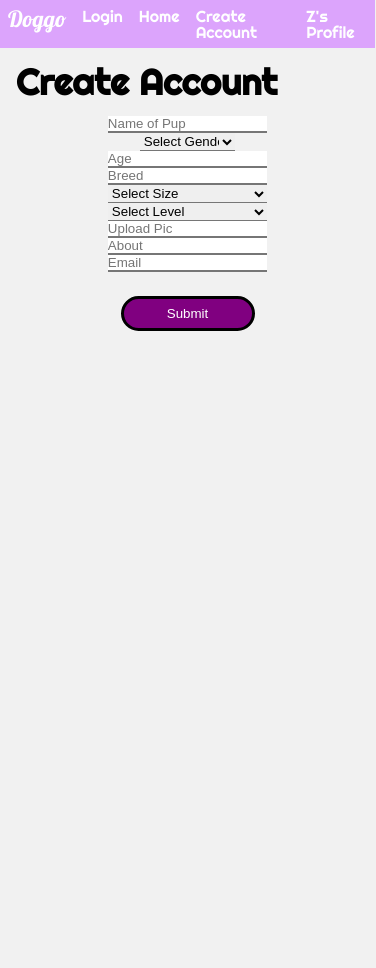
Repository: rh1456/capstone
Page: /2
An editor plug-in stored every save of this project. The page is shown before and after the next save, followed by the edit.
The browser window is 375 px wide. The page is 376 px wide, so the pictures cover 376 px, including what lies to the right of the window. The pictures show the whole page.
Some web libraries are served in a nearby version. The project was rebuilt for these pictures with package versions that can differ from the ones it lists, and the page was loaded fresh each time. Also part of the build but not shown: src/pages/MainPage.jsx, src/pages/DoggoLandingPage.jsx, src/pages/DogProfile.jsx, src/pages/PlayDateForm.jsx, src/pages/ProfileSettings.jsx.

Above is the page before, as saved 2020-01-11 23:06:45.

### public/index.html
<!DOCTYPE html>
<html lang="en">
  <head>
    <meta charset="utf-8" />
    <link rel="shortcut icon" href="%PUBLIC_URL%/favicon.ico" />
    <meta
      name="viewport"
      content="width=device-width, initial-scale=1, shrink-to-fit=no"
    />
    <meta name="theme-color" content="#000000" />
    <!--
      manifest.json provides metadata used when your web app is added to the
      homescreen on Android. See https://developers.google.com/web/fundamentals/web-app-manifest/
    -->
    <link rel="manifest" href="%PUBLIC_URL%/manifest.json" />
    <!--
      Notice the use of %PUBLIC_URL% in the tags above.
      It will be replaced with the URL of the `public` folder during the build.
      Only files inside the `public` folder can be referenced from the HTML.

      Unlike "/favicon.ico" or "favicon.ico", "%PUBLIC_URL%/favicon.ico" will
      work correctly both with client-side routing and a non-root public URL.
      Learn how to configure a non-root public URL by running `npm run build`.
    -->
    <link
      href="https://fonts.googleapis.com/css?family=Pacifico|Permanent+Marker|Righteous|Roboto&display=swap"
      rel="stylesheet"
    />
    <link
      href="https://fonts.googleapis.com/css?family=Lobster&display=swap"
      rel="stylesheet"
    />
    <script
      src="https://kit.fontawesome.com/d7373701d1.js"
      crossorigin="anonymous"
    ></script>
    <title>Capstone</title>
  </head>
  <body>
    <noscript>
      You need to enable JavaScript to run this app.
    </noscript>
    <div id="root"></div>
    <!--
      This HTML file is a template.
      If you open it directly in the browser, you will see an empty page.

      You can add webfonts, meta tags, or analytics to this file.
      The build step will place the bundled scripts into the <body> tag.

      To begin the development, run `npm start` or `yarn start`.
      To create a production bundle, use `npm run build` or `yarn build`.
    -->
  </body>
</html>

### src/index.js
import React from 'react'
import ReactDOM from 'react-dom'
import './index.css'
// import './styles.scss'
import App from './App'

ReactDOM.render(<App />, document.getElementById('root'))

### src/index.css
@media (min-width: 320px) and (max-width: 480px) {
  :root {
    font: 16px / 1 sans-serif;
  }

  html {
    height: 100%;
  }
  body {
    margin: 0;
    min-height: 100%;
    background-color: #f1f1f1;
    font-family: 'Righteous', cursive;
  }
  .nav-bar-ul {
    display: flex;
    flex-direction: row;
    justify-content: space-between;
    margin: 0;
    height: 3rem;
    background-color: #dca4fc;
    padding: 0;
  }
  .main-nav-li {
    list-style: none;
    padding: 0.5rem;
    color: white;
  }
  .nav-logo {
    font-size: 1.4rem;
    font-family: 'Lobster', cursive;
  }
  .Nav-link {
    color: white;
    text-decoration: none;
  }
  /* Dog profile Stylings */
  .dog-profile-image {
    display: flex;
    justify-content: center;
    /* border-bottom: solid lightgrey; */
  }
  .before-div {
    border: solid black;
    display: block;
    height: 18px;
    border-radius: 50% 50% 0 0;

    bottom: calc(100% - 10px);
    right: -5px;
    left: -5px;
    background-color: blue;
  }
  .profile-image {
    height: 12rem;
    width: 8rem;
    margin: 0;
    border-radius: 8px;
    margin: 0.7rem;
  }
  .profile-about {
    display: flex;
    flex-direction: column;
    height: 5rem;
    font-size: 0.7rem;
  }
  .profile-about h1 {
    align-self: center;
  }
  .profile-about span {
    align-self: center;
    padding: 0.1rem;
  }
  .in-between {
    border-top: solid lightgrey;
    border-bottom: solid lightgrey;
    height: 3rem;
    display: flex;
    justify-content: center;
  }
  .main-about {
    border-bottom: solid lightgrey;
  }
  .profile-logo {
    margin: 0.5rem;
    height: 2rem;
    width: auto;
  }
  .meet {
    display: flex;
    flex-direction: column;
  }
  .meet h1 {
    align-self: center;
  }
  .meet p {
    padding: 1rem;
    font-size: 0.9rem;
    align-self: center;
  }
  .small-pro-pic {
    align-self: center;
    height: 4rem;
    width: auto;
    border: 2px solid black;
    border-radius: 50%;
    margin-top: 0.8rem;
  }
  .match-button {
    align-self: center;
    background-color: purple;
    height: 1.8rem;
    width: 8rem;
    border-radius: 25px;
    border: 3px solid black;
    color: white;
  }
  .playdate-link {
    color: white;
    text-decoration: none;
  }

  /* Dog Landing Stylings */
  .doggo-landing-body {
    margin: 0;
    min-height: 100%;
    background-color: #f1f1f1;
    font-family: 'Righteous', cursive;
  }
  .landing-page-logo {
    display: flex;
    justify-content: center;
    align-content: center;
    flex-direction: column;
  }
  .doggo-logo {
    height: 180px;
    width: 238px;
    align-self: center;
  }
  .doggo-text-section {
    padding-top: 2rem;
    padding-bottom: 2rem;
  }
  .doggo-text {
    display: flex;
    justify-content: center;
    align-content: center;
    font-size: 2rem;
    font-family: 'Lobster', cursive;
  }

  .landing-button {
    display: flex;
    justify-content: center;
    align-content: center;
  }
  .create-account {
    background-color: purple;
    height: 3rem;
    width: 15rem;
    border-radius: 25px;
    border: 3px solid black;
    color: white;
    font-family: 'Roboto', sans-serif;
  }
  .create-account-link {
    color: white;
    text-decoration: none;
    font-style: bold;
  }
  .existing-users {
    display: flex;
    padding-top: 3rem;
    justify-content: center;
    align-content: center;
  }
  /* Create Account Stylings */

  /* Newsfeed Stylings */
  .h1-container {
    display: flex;
    justify-content: center;
    font-size: 0.8rem;
    color: purple;
    height: 1rem;
    font-family: 'Lobster', cursive;
  }
  .newsfeed-header {
    display: flex;
    flex-direction: row;
    flex-wrap: nowrap;
    align-items: stretch;
    overflow-x: auto;
    overflow-y: hidden;
    border-bottom: solid lightgrey;
    height: 8rem;
  }
  .friend-card {
    border: solid black;
    align-self: center;
    margin: 1rem 3rem;
    padding-left: 0.8rem;
    padding-right: 0.8rem;
    border-radius: 0.5rem;
    flex-basis: 33.33%;
    flex-grow: 0;
    flex-shrink: 0;
    height: 4.7rem;
    /* width: 1rem; */
  }

  .welcome-user-message {
    display: flex;
    justify-content: center;
    font-size: 0.7rem;
    border-bottom: solid lightgrey;
  }
  .newsfeed-parent {
    display: flex;
    /* align-items: center; */
    flex-direction: column;
    margin: 1rem;
  }
  .newsfeed {
    /* align-items: stretch; */
    /* display: flex;
    flex-direction: column;
    flex-wrap: nowrap; */
    /* display: flex;
    justify-content: center; */
    width: 300px;
    height: 500px;
    overflow-y: scroll;
    overflow-x: hidden;
  }
  .card {
    max-width: 33.33%;
    padding: 0.75rem;
    margin-bottom: 2rem;
    border: 0;
    /* flex-basis: 33.33%;
    flex-grow: 0;
    flex-shrink: 0; */
  }
  .newsfeed-nav-ul {
    display: flex;
    flex-direction: row;
    font-size: smaller;
    font-style: italic;
    margin: 0rem;
    height: 2rem;
  }
  .newsfeed-nav-li {
    list-style: none;
    margin: 0;
    padding: 1rem;
  }
  .settings-link {
    text-decoration: none;
    color: black;
  }
  .mapbox {
    align-self: center;
    border: solid black;
    height: 6rem;
    width: 6rem;
  }
  /* Playdate form stylings  */

  .playdate-header {
    display: flex;
    justify-content: center;
    margin: 1.5rem;
  }
  .playdate-main {
    display: flex;
    flex-direction: column;
  }
  .playdate-input {
    align-self: center;
    margin: 0.5rem;
  }
  .form-date-submit-button {
    margin-top: 1rem;
    align-self: center;
    background-color: purple;
    height: 1.8rem;
    width: 8rem;
    border-radius: 25px;
    border: 3px solid black;
    color: white;
  }
  /* //Profile setting styling// */
}

/* End of mobile query  */

:root {
  font: 16px / 1 sans-serif;
}

html {
  height: 100%;
}
body {
  margin: 0;
  min-height: 100%;
  background-color: #f1f1f1;
  font-family: 'Righteous', cursive;
}
.nav-bar-ul {
  display: flex;
  flex-direction: row;
  justify-content: space-between;
  margin: 0;
  height: 3rem;
  background-color: #dca4fc;
  padding: 0;
}
.main-nav-li {
  list-style: none;
  padding: 0.5rem;
  color: white;
}
.nav-logo {
  padding: 0.5rem;
  color: white;
  font-size: 1.4rem;
  font-family: 'Lobster', cursive;
}
.Nav-link {
  color: white;
  text-decoration: none;
}
/* Dog profile Stylings */
.dog-profile-image {
  display: flex;
  justify-content: center;
  /* border-bottom: solid lightgrey; */
}
.before-div {
  border: solid black;
  display: block;
  height: 18px;
  border-radius: 50% 50% 0 0;

  bottom: calc(100% - 10px);
  right: -5px;
  left: -5px;
  background-color: blue;
}
.profile-image {
  height: 12rem;
  width: 8rem;
  margin: 0;
  border-radius: 8px;
  margin: 0.7rem;
}
.profile-about {
  display: flex;
  flex-direction: column;
  height: 5rem;
  font-size: 0.7rem;
}
.profile-about h1 {
  align-self: center;
}
.profile-about span {
  align-self: center;
  padding: 0.1rem;
}
.in-between {
  border-top: solid lightgrey;
  border-bottom: solid lightgrey;
  height: 3rem;
  display: flex;
  justify-content: center;
}
.main-about {
  border-bottom: solid lightgrey;
}
.profile-logo {
  margin: 0.5rem;
  height: 2rem;
  width: auto;
}
.meet {
  display: flex;
  flex-direction: column;
}
.meet h1 {
  align-self: center;
}
.meet p {
  padding: 1rem;
  font-size: 0.9rem;
  align-self: center;
}
.small-pro-pic {
  align-self: center;
  height: 4rem;
  width: auto;
  border: 2px solid black;
  border-radius: 50%;
  margin-top: 0.8rem;
}
.match-button {
  align-self: center;
  background-color: purple;
  height: 1.8rem;
  width: 8rem;
  border-radius: 25px;
  border: 3px solid black;
  color: white;
}

/* Dog Landing Stylings */
.doggo-landing-body {
  margin: 0;
  min-height: 100%;
  background-color: #f1f1f1;
  font-family: 'Righteous', cursive;
}
.landing-page-logo {
  display: flex;
  justify-content: center;
  align-content: center;
  flex-direction: column;
}
.doggo-logo {
  height: 180px;
  width: 238px;
  align-self: center;
}
.doggo-text-section {
  padding-top: 2rem;
  padding-bottom: 2rem;
}
.doggo-text {
  display: flex;
  justify-content: center;
  align-content: center;
  font-size: 2rem;
}

.landing-button {
  display: flex;
  justify-content: center;
  align-content: center;
}
.create-account {
  background-color: purple;
  height: 3rem;
  width: 15rem;
  border-radius: 25px;
  border: 3px solid black;
  color: white;
  font-family: 'Roboto', sans-serif;
}
.existing-users {
  display: flex;
  padding-top: 3rem;
  justify-content: center;
  align-content: center;
}
/* Create Account Stylings */
.create-account-div {
  display: flex;
  flex-direction: column;
  font-size: 2rem;
}
.submit-account {
  margin-top: 1rem;
  align-self: center;
  background-color: purple;
  height: 1.8rem;
  width: 8rem;
  border-radius: 25px;
  border: 3px solid black;
  color: white;
}

/* Newsfeed Stylings */
.h1-container {
  display: flex;
  justify-content: center;
  font-size: 0.8rem;
  color: purple;
  height: 1rem;
  font-family: 'Lobster', cursive;
}
.newsfeed-header {
  display: flex;
  flex-direction: row;
  flex-wrap: nowrap;
  align-items: stretch;
  overflow-x: auto;
  overflow-y: hidden;
  border-bottom: solid lightgrey;
  height: 8rem;
}
.friend-card {
  border: solid black;
  align-self: center;
  margin: 1rem 3rem;
  padding-left: 0.8rem;
  padding-right: 0.8rem;
  border-radius: 0.5rem;
  flex-basis: 33.33%;
  flex-grow: 0;
  flex-shrink: 0;
  height: 4.7rem;
  width: 1rem;
}
/* .feed-head-left-button,
  .feed-head-right-button {
    display: flex;
    justify-content: center;
    align-content: center;
    color: white;
    font-size: 2rem;
    width: 2.5rem;
    margin: 4rem 0rem;
    background-color: purple;
    border: none;
  }
  .feed-head-left-button {
    border-radius: 0rem 1rem 1rem 0rem;
  }
  .feed-head-right-button {
    border-radius: 1rem 0rem 0rem 1rem;
  }  */
.welcome-user-message {
  display: flex;
  justify-content: center;
  font-size: 0.7rem;
  border-bottom: solid lightgrey;
}
.newsfeed-parent {
  display: flex;
  justify-content: center;
  align-content: center;
}
.newsfeed {
  align-items: stretch;
  display: flex;
  flex-direction: column;
  flex-wrap: nowrap;
  display: flex;
  justify-content: center;
  width: 120px;
  height: 400px;
  overflow-y: scroll;
  overflow-x: hidden;
}
.card {
  max-width: 33.33%;
  padding: 0.75rem;
  margin-bottom: 2rem;
  border: 0;
  /* flex-basis: 33.33%;
    flex-grow: 0;
    flex-shrink: 0; */
}

### src/App.jsx
import React from 'react'
import { BrowserRouter as Router, Link, Route, Switch } from 'react-router-dom'
import MainPage from './pages/MainPage'
import DoggoLandingPage from './pages/DoggoLandingPage'
import CreateAccount from './pages/CreateAccount'
import DogProfile from './pages/DogProfile'
import PlayDateForm from './pages/PlayDateForm'
import ProfileSettings from './pages/ProfileSettings'
const App = () => {
  return (
    <Router>
      <header>
        <nav>
          <ul className="nav-bar-ul">
            <li className="nav-logo">Doggo</li>
            <li className="main-nav-li">
              <Link className="Nav-link" to="/">
                Login
              </Link>
            </li>
            <li className="main-nav-li">
              <Link className="Nav-link" to="/1">
                Home
              </Link>
            </li>
            <li className="main-nav-li">
              <Link className="Nav-link" to="/2">
                Create Account
              </Link>
            </li>
            <li className="main-nav-li">
              <Link className="Nav-link" to="/3">
                Z's Profile
              </Link>
            </li>
          </ul>
        </nav>
      </header>
      <Switch>
        <Route exact path="/" component={DoggoLandingPage}></Route>
        <Route exact path="/1" component={MainPage}></Route>
        <Route exact path="/2" component={CreateAccount}></Route>
        <Route path="/3" component={DogProfile}></Route>
        <Route path="/4" component={PlayDateForm}></Route>
        <Route path="/5" component={ProfileSettings}></Route>
      </Switch>
    </Router>
  )
}

export default App

### src/pages/CreateAccount.jsx
import React, { useEffect, useState } from 'react'
import './createAccount.css'

const CreateAccount = () => {
  const [name, setName] = useState('')
  const [gender, setGender] = useState('')
  const [age, setAge] = useState('')
  const [breed, setBreed] = useState('')
  const [size, setSize] = useState('')
  const [about, setAbout] = useState('')
  const [email, setEmail] = useState('')
  return (
    <>
      <section className="create-account-head">
        <h1 className="create-account-h1">Create Account</h1>
      </section>
      <div className="create-account-div">
        <section className="create-account-details">
          <label className="create-label" htmlFor="dogs-name"></label>
          <input
            className="create-input"
            type="text"
            placeholder="Name of Pup"
          ></input>
        </section>
        <section className="create-account-details">
          <label className="create-label" htmlFor="gender"></label>
          <select className="create-input" type="text" placeholder="Gender">
            <option value="selectGender">Select Gender</option>
            <option value="male">Male</option>
            <option value="female">Female</option>
          </select>
        </section>
        <section className="create-account-details">
          <label className="create-label" htmlFor="Age"></label>
          <input
            className="create-input"
            placeholder="Age"
            input="text"
          ></input>
        </section>
        <section className="create-account-details">
          <label className="create-label" htmlFor="Breed"></label>
          <input
            className="create-input"
            placeholder="Breed"
            input="text"
          ></input>
        </section>
        <section className="create-account-details">
          <label className="create-label" htmlFor="size"></label>
          <select className="create-input" type="text">
            <option value="">Select Size</option>
            <option value="small">Small</option>
            <option value="medium">Medium</option>
            <option value="large">Large</option>
          </select>
          <section className="create-account-details">
            <label className="create-label" htmlFor="energy"></label>
            <select className="create-input" type="text">
              <option value="">Select Level</option>
              <option value="hyper">Hyper</option>
              <option value="tame">Tame</option>
            </select>
            <section className="create-account-details">
              <label className="create-label" htmlFor="img"></label>
              <input
                placeholder="Upload Pic"
                className="create-input"
                type="url"
              ></input>
            </section>
            <section className="create-account-details">
              <label className="create-label" htmlFor="About"></label>
              <input
                className="create-input"
                placeholder="About"
                type="text"
              ></input>
            </section>
            <section className="create-account-details"></section>
            <label className="create-label" htmlFor="username"></label>
            <input
              placeholder="Email"
              className="create-input"
              type="text"
            ></input>
          </section>
        </section>
        <button className="submit-account">Submit</button>
      </div>
    </>
  )
}

export default CreateAccount

### src/pages/createAccount.css
@media (min-width: 320px) and (max-width: 480px) {
  *,
  *::after,
  *::before {
    margin: 0;
    padding: 0;
    box-sizing: inherit;
    font-size: 62, 5%;
  }

  .create-account-div {
    /* height: 100vh;
  width: 100%; */
    /* background: #0f2027; /* fallback for old browsers */
    /* background: linear-gradient(to right, #2c5364, #203a43, #0f2027); */
    display: flex;
    justify-content: center;
    align-items: center;
    /* height: 100vh; */
    color: black;
  }
  .create-label {
    font-size: 1.2rem;
    margin-left: 1rem;
    margin-right: 1rem;
    margin-top: 0.7rem;
    display: block;
    transition: all 0.3s;
    transform: translateY(0rem);
  }
  .create-input {
    color: #333;
    font-size: 1.2rem;
    margin: 0 auto;
    padding: 1.5rem 2rem;
    border-radius: 0.2rem;
    background-color: rgb(255, 255, 255);
    border: none;
    width: 90%;
    display: block;
    border-bottom: 0.3rem solid transparent;
    transition: all 0.3s;
  }

  .form__input:placeholder-shown + .form__label {
    opacity: 0;
    visibility: hidden;
    -webkit-transform: translateY(-4rem);
    transform: translateY(-4rem);
  }

  .submit-account {
    margin: 1.5rem;
    align-self: center;
    background-color: purple;
    height: 1.8rem;
    width: 8rem;
    border-radius: 25px;
    border: 3px solid black;
    color: white;
  }
  .create-account-head {
    display: flex;
    font-size: 1.5rem;
  }
  .create-account-h1 {
    align-self: center;
    padding: 1rem;
  }
  .existing-users-link {
    font-style: italic;
    text-decoration: none;
  }
}

### src/pages/profileSettings.css
*,
*::after,
*::before {
  margin: 0;
  padding: 0;
  box-sizing: inherit;
  font-size: 62, 5%;
}
.update-account-details {
  display: flex;
  margin: 1rem;
  justify-content: center;
  align-items: center;
  /* height: 100vh; */
  color: black;
}

.update-label {
  font-size: 1.2rem;
  margin-left: 2rem;
  margin-top: 0.7rem;

  display: block;
  transition: all 0.3s;
  transform: translateY(0rem);
}
.basic-slide {
  color: #333;
  font-size: 1.2rem;
  margin: 0 auto;
  padding: 1rem;
  border-radius: 0.2rem;
  background-color: rgb(255, 255, 255);
  border: none;
  width: 90%;
  display: block;
  border-bottom: 0.3rem solid transparent;
  transition: all 0.3s;
}
.basic-slide:placeholder-shown + .update-label {
  opacity: 3;
  visibility: hidden;
  -webkit-transform: translateY(-4rem);
  transform: translateY(-4rem);
}
.setting-header {
  display: flex;
  justify-content: center;
  align-items: center;
  flex-direction: column;
}
.settings-p {
  font-size: 2rem;
  margin: 2rem;
}
span {
  margin: 1rem;
}

After the next save:
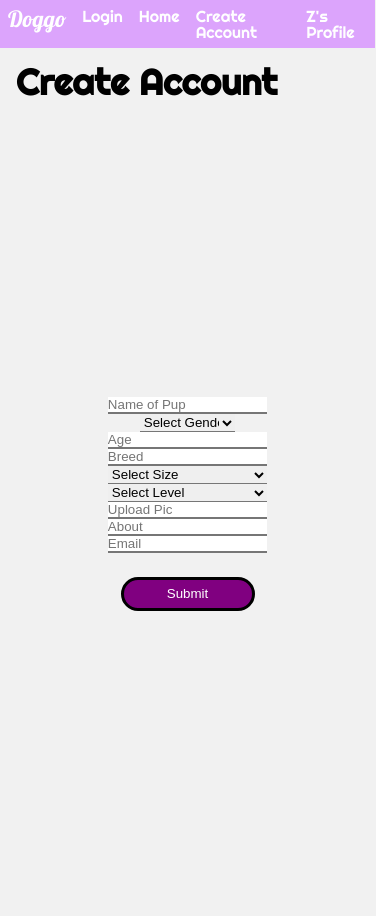
Saved 64 s later.
--- a/src/pages/createAccount.css
+++ b/src/pages/createAccount.css
@@ -9,8 +9,8 @@
   }
 
   .create-account-div {
-    /* height: 100vh;
-  width: 100%; */
+    height: 100vh;
+    width: 100%;
     /* background: #0f2027; /* fallback for old browsers */
     /* background: linear-gradient(to right, #2c5364, #203a43, #0f2027); */
     display: flex;
